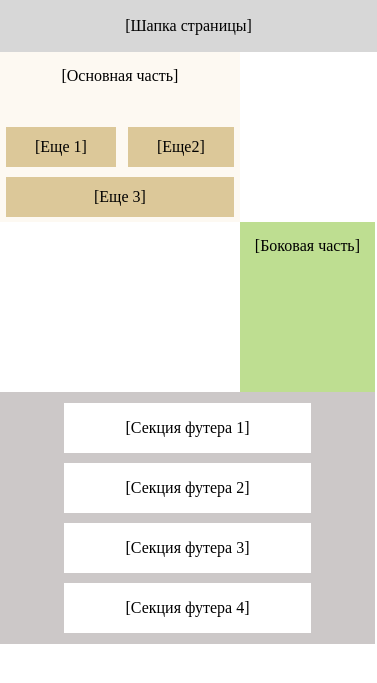
Repository: VictoriSyh/week7
Page: index_adapt.html
The author's editor kept a copy of each file at every save. The page is drawn from the files as they stood at one save, then again after the next save.
The browser window is 375 px wide. The page is 377 px wide, so the pictures cover 377 px, including what lies to the right of the window. The pictures show the whole page.

Above is the page before, as saved 2025-01-02 18:24:44.

### index_adapt.html
<!DOCTYPE html>
<html lang="ru">
<head>
    <link rel="stylesheet" href="/styles/normalize.css">
    <link rel="stylesheet" href="./styles/style_adapt.css">
    <meta charset="UTF-8">
    <meta name="viewport" content="width=device-width, initial-scale=1.0">
    <link rel="shortcut icon" href="https://www.svgrepo.com/show/529024/home-wifi-angle.svg"
    type="image/svg">
    <title>Домашняя работа</title>
</head>
<body>
<header>
    [Шапка страницы]
</header>
    <main>
<div class="mainpart">
    <div class="left">
    <div class="block">[Основная часть]</div>
    <div class="one">[Еще 1]</div>
    <div class="two">[Еще2]</div>
    <div class="three">[Еще 3]</div>
</div>
<div class="right_block">
    <div class="text">[Боковая часть]</div>
</div>
</div>

</main>
    <footer>
        <div class="section">[Секция футера 1]</div>
        <div class="section">[Секция футера 2]</div>
        <div class="section">[Секция футера 3]</div>
        <div class="section">[Секция футера 4]</div>
    </footer>
</body>
</html

### styles/style_adapt.css
header{
    display: grid;
    align-items: center;
    justify-items: center;
    border: 1px solid rgb(215, 215, 215);
    background-color: rgb(215, 215, 215);
    height: 50px;
    width: 100%;
}
main{
    display: grid;
    width: 100%;
}

.mainpart{
    display: grid;
    grid-template-columns: 33% 33% 33%;
}

.left{
    display: grid;
    grid-template-rows: 70px 50px 50px;
    grid-column:1/3;
    background-color:rgb(253, 249, 242)
}

.block{
    display: grid;
    grid-row: 1/2;
    grid-column:1/3;
    margin: 15px;
    text-align: center;
}

.right_block{
    grid-row: 1/2;
    grid-column:3/4;
    background-color: rgb(190, 222, 145);
    text-align: center;
}

.text{
    margin: 15px;
}

.three{
    display: grid;
    grid-row: 3/4;
    grid-column:1/3;
    place-items: center;
    margin: auto;
    background-color: rgb(220, 200, 153);
    width: 95%;
    height: 80%;
}

.one{
    display: grid;
    grid-row: 2/3;
    grid-column:1/2;
    place-items: center;
    margin: auto;
    background-color: rgb(220, 200, 153);
    width: 90%;
    height: 80%;
}

.two{
    display: grid;
    grid-row: 2/3;
    grid-column:2/3;
    place-items: center;
    margin: auto;
    background-color: rgb(220, 200, 153);
    width: 90%;
    height: 80%;
}

footer{
    display: grid;
    grid-template-columns: repeat(auto-fit, minmax(200px, 1fr));
    gap: 10px;
    padding: 10px;
    justify-items: center;
    align-items: center;
    border: 1px solid rgb(204, 200, 200);
    background-color: rgb(204, 200, 200);
}
.section{
    display: grid;
    background-color: white;
    width: 70%;
    height: 50px;
    place-items: center;
}

/*Адаптация*/

/*Tablet*/
@media screen and (max-width: 850px) {
    footer{
        display: grid;
        grid-template-columns: 1fr 1fr;
        grid-template-rows: 1fr 1fr;
    }
}

/*Mobile*/
@media screen and (max-width: 426px) {
    footer{
        display: grid;
        grid-template-columns: 1fr;
        grid-template-rows: 1fr 1fr 1fr 1fr;
    }

    .mainpart{
        display: grid;
        grid-template-columns: 1fr;
        grid-template-rows: 1fr 1fr;
    }

    .left{
        display: grid;
        grid-column:1/2;
    }

    .right_block{
        grid-row: 2/3;
        grid-column:3/4;
        background-color: rgb(190, 222, 145);
        text-align: center;
    }

}

Loaded but not shown: styles/normalize.css (library)

After the next save:
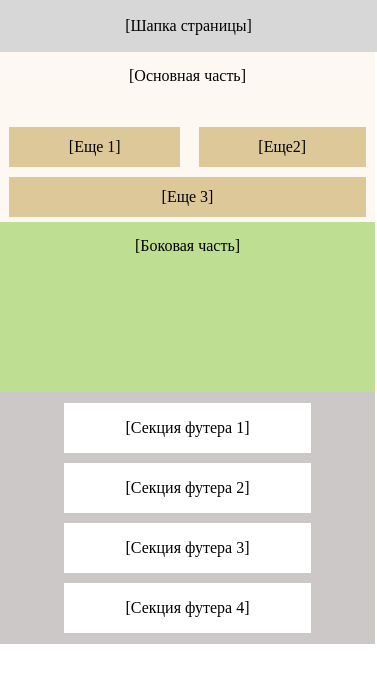
Saved 8 s later.
--- a/styles/style_adapt.css
+++ b/styles/style_adapt.css
@@ -126,7 +126,7 @@ footer{
 
     .right_block{
         grid-row: 2/3;
-        grid-column:3/4;
+        grid-column:1/4;
         background-color: rgb(190, 222, 145);
         text-align: center;
     }
